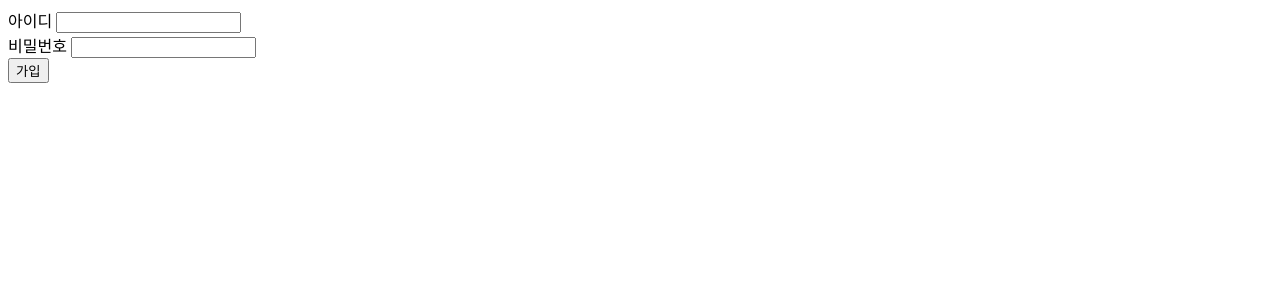
Repository: SaeMi-Kwon/jhta-Jsp
Page: jsp01/src/main/webapp/1/join.html
The author's editor kept a copy of each file at every save. The page is drawn from the files as they stood at one save, then again after the next save.
The browser window is 1280 px wide. The pictures show the whole page.

Above is the page before, as saved 2025-01-24 06:31:39.

After the next save:
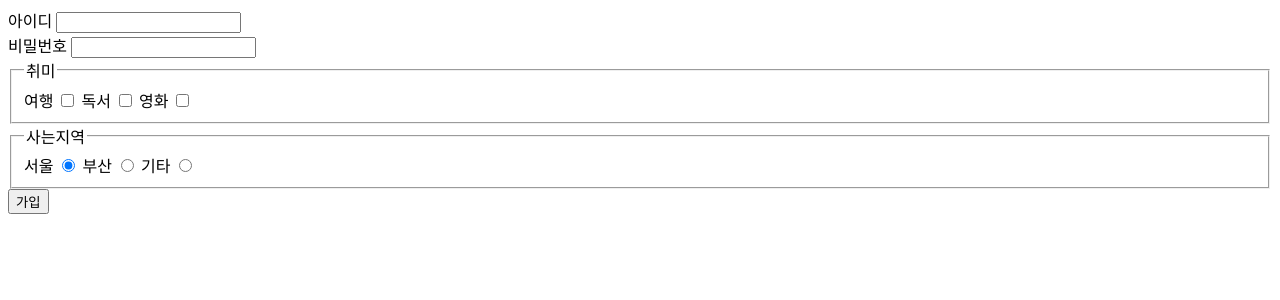
Saved 7 min 38 s later.
--- a/jsp01/src/main/webapp/1/join.html
+++ b/jsp01/src/main/webapp/1/join.html
@@ -8,6 +8,18 @@
 	<form action="join.jsp">
 		아이디 <input type="text" name="id"><br>
 		비밀번호 <input type="password" name="pwd"><br>
+	<fieldset>
+		<legend>취미</legend>
+		여행 <input type="checkbox" value="여행" name="hobby">
+		독서 <input type="checkbox" value="독서" name="hobby">
+		영화 <input type="checkbox" value="영화" name="hobby">
+	</fieldset>
+	<fieldset>
+		<legend>사는지역</legend>
+		서울 <input type="radio" value="서울" name="addr" checked="checked">
+		부산 <input type="radio" value="부산" name="addr">
+		기타 <input type="radio" value="기타" name="addr">
+	</fieldset>
 		<input type="submit" value="가입">
 	</form>
 </body>
